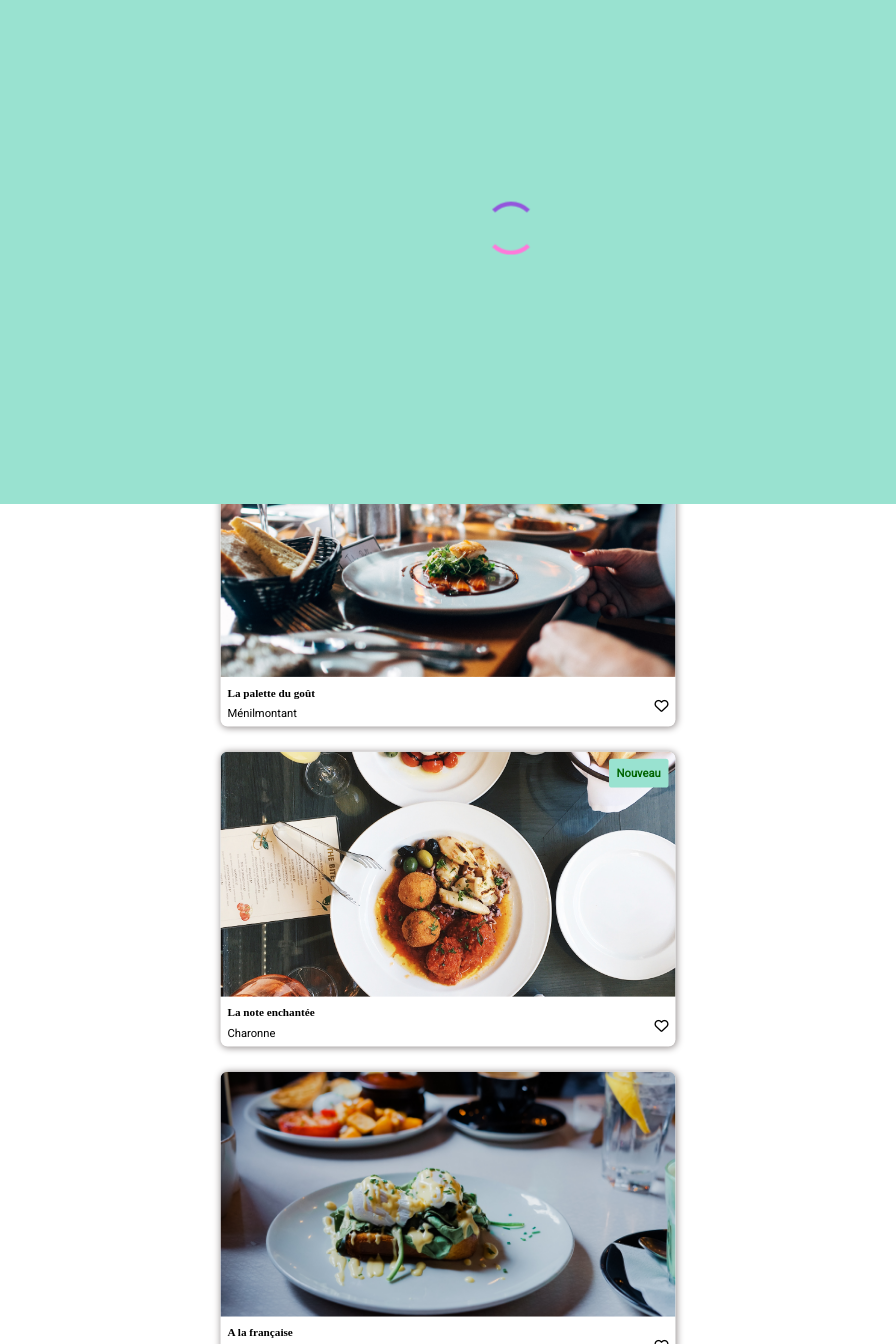
Repository: Micka-17/boimickael_3_16042021
Page: index.html
An editor plug-in stored every save of this project. The page is shown before and after the next save, followed by the edit.
The browser window is 1280 px wide. The pictures show the part of the page from y = 0 to 1920 px (the page is 2618 px tall), at 70% of full size.
Some web fonts or font styles are not loaded; a fallback is used. Some web libraries are served in a nearby version. The style sheet was rebuilt from its Sass, Less or Tailwind sources for each picture, by a compiler version that may differ from the author's.

Above is the page before, as saved 2021-05-26 10:44:43.

### index.html
<!DOCTYPE html>
<html lang="en">
  <head>
    <meta charset="UTF-8" />
    <meta http-equiv="X-UA-Compatible" content="IE=edge" />
    <meta name="viewport" content="width=device-width, initial-scale=1.0" />
    <link rel="stylesheet" href="css/style.css" />
    <script
      src="https://kit.fontawesome.com/7f2b024bdc.js"
      crossorigin="anonymous"
    ></script>
    <title>OhMyFood</title>
  </head>
  <body>
    <div id="backgroundloader">
      <div id="loader"></div>
    </div>
    <header>
      <div id="logo">
        <img src="images/logo/ohmyfood@2x.svg" alt="OhMyFood" />
      </div>
    </header>
    <section id="sec-1">
      <div id="top">
        <div id="paris">
          <p><i class="fas fa-map-marker-alt icon"></i> Paris, Belleville</p>
        </div>
        <div id="reservation">
          <h2 id="center-top1">Réservez le menu qui vous convient</h2>
          <p id="center-top2">
            Découvrez des restaurants d'exception, séléctionnés par nos soins.
          </p>
          <a id="btn" href="#sec-3">Explorer nos restaurants</a>
        </div>
      </div>
    </section>
    <section id="sec-2">
      <div class="fonctionnement">
        <h3 class="h3s">Fonctionnement</h3>
        <ul class="bolder">
          <li>
            <i class="fas fa-mobile-alt icon-top"></i> Choisissez un restaurant
            <p id="number1">1</p>
          </li>
          <li>
            <i class="fas fa-list-ul icon-top"></i> Composez votre menu
            <p id="number2">2</p>
          </li>
          <li id="li-3">
            <i class="fas fa-store icon-top-purple"></i> Dégustez au restaurant
            <p id="number3">3</p>
          </li>
        </ul>
      </div>
    </section>
    <section id="sec-3">
      <h3 class="h3s">Restaurants</h3>
      <div class="choice">
        <a href="pages/la_palette_du_gout.html">
          <div class="card">
            <p class="nouveau">Nouveau</p>
            <img
              id="new"
              class="imga"
              src="images/restaurants/la_palette_du_gout.jpg"
              alt="la_palette_du_gout"
            />
            <div class="resto">
              <div>
                <h4>La palette du goût</h4>
                <p class="space">Ménilmontant</p>
              </div>
              <div class="loveclcik">
                <i class="far fa-heart love fa-lg"></i>
                <i class="fas fa-heart loves3"></i>
              </div>
            </div>
          </div>
        </a>
        <a href="pages/la_note_enchantee.html">
          <div class="card">
            <p class="nouveau">Nouveau</p>
            <img
              class="imga"
              src="images/restaurants/la_note_enchantee.jpg"
              alt="la_note_enchantee"
            />
            <div class="resto">
              <div>
                <h4>La note enchantée</h4>
                <p class="space">Charonne</p>
              </div>
              <div class="loveclcik">
                <i class="far fa-heart love fa-lg"></i>
                <i class="fas fa-heart loves3"></i>
              </div>
            </div>
          </div>
        </a>
        <a href="pages/a_la_francaise.html">
          <div class="card">
            <img
              class="imga"
              src="images/restaurants/a_la_française.jpg"
              alt="a_la_française"
            />
            <div class="resto">
              <div>
                <h4>A la française</h4>
                <p class="space">Cité Rouge</p>
              </div>
              <div class="loveclcik">
                <i class="far fa-heart love fa-lg"></i>
                <i class="fas fa-heart loves3"></i>
              </div>
            </div>
          </div>
        </a>
        <a href="pages/le_delice_des_sens.html">
          <div class="card">
            <img
              class="imga"
              src="images/restaurants/le_delice_des_sens.jpg"
              alt="le_delice_des_sens"
            />
            <div class="resto">
              <div>
                <h4>Le delice des sens</h4>
                <p class="space">Folie-Méricourt</p>
              </div>
              <div class="loveclcik">
                <i class="far fa-heart love fa-lg"></i>
                <i class="fas fa-heart loves3"></i>
              </div>
            </div>
          </div>
        </a>
      </div>
    </section>
    <section class="end">
      <footer>
        <div>
          <h3 id="logo-white">ohmyfood</h3>
          <div class="end-ul">
            <p>
              <i class="fas fa-utensils icon-footer"></i> Proposer un restaurant
            </p>
            <p>
              <i class="fas fa-hands-helping icon-footer"></i> Devenir
              partenaire
            </p>
            <p>Mentions légales</p>
            <a id="contact" href="mailto:contact@ohmyfood.com"
              ><p>Contact</p></a
            >
          </div>
        </div>
      </footer>
    </section>
  </body>
</html>

### sass/style.scss
@import "./directories/Utils/variables-mixin";
@import "./directories/Base/main.scss";



ul {
    font-family: 'Roboto', sans-serif;
    font-size: 0.9em;
    @media (min-width: 430px) {
        max-width: 450px;
    }
        @media (min-width: 1000px) {
            display: flex;
            min-width: 100%;
            justify-content: space-evenly;
        }
}

#backgroundloader {
    position: absolute;
    top: 0;
    left: 0;
    background-color: $color3;
    width: 100%;
    height: 100%;
    animation: loader2 33s;
    animation-fill-mode: both;
    animation-timing-function: step-end;
  }
#loader {
    position: absolute;
    height: 70px;
    top: 40%;
    right: 40%;
    width: 64px;
    height: 64px;
    border-radius: 50%;
    border: 6px solid rgb(255, 255, 255);
    border-color: $color1 transparent $color2 transparent;
    animation: dual-ring 0.8s infinite, loader 3s;
    animation-delay: 0.2s;
    animation-fill-mode: both;
  }

#contact {
    color: white;
}

.spacediv p {
    font-family: 'Roboto', sans-serif;
    text-overflow: ellipsis;
    overflow: hidden;
    white-space: nowrap;
}

#logo {
    display: flex;
    justify-content: center;
    margin-top: 20px;
    margin-bottom: 10px;
}

#paris {
    display: flex;
    justify-content: center;
    border-top: solid 3px rgba(128, 128, 128, 0.301);
    min-width: 321px;
    padding-top: 10px;
    padding-bottom: 10px;
    background-color: rgba(128, 128, 128, 0.212);
        .icon {
            margin-right: 10px;
        }
}

#reservation {
    display: flex;
    justify-content: center;
    flex-direction: column;
    place-items: center;
    background-color: rgb(238, 234, 234);
    padding-bottom: 45px;
        #btn {
            @include btn();
                &:hover {
                    filter: brightness(1.50);
                    box-shadow: 0px 0px 10px 15px gray;
                }
        }
}

#center-top1 {
    text-align: center;
    margin-top: 20px;
    max-width: 350px;
}

#center-top2 {
    margin-top: 20px;
    margin-bottom: 20px;
    text-align: center;
    max-width: 350px;
}


.icon-top {
    color: gray;
    margin-right: 15px;
    margin-left: 10px;
}

.icon-top-purple {
    color: $color1;
    margin-right: 15px;
    margin-left: 10px;
}

#li-3 {
    background-color: #9256dc36;
}

li { position: relative;
    background-color: #ffffff;
    border-radius: 10px;
    padding: 18px;
    margin: 18px;
    margin-left: 25px;
    box-shadow: 1px 1px 10px 1px rgb(151, 145, 145);
    min-width: 20%;
        #number1 {
            position: absolute;
            top: 15px;
            left: -14px;
            background-color: $color1;
            border-radius: 50px;
            padding: 6px 10px;
            font-size: 0.8em;
            color: white;
        }
            #number2 {
                position: absolute;
                top: 14px;
                left: -15px;
                background-color: $color1;
                border-radius: 50px;
                padding: 6px 10px;
                font-size: 0.8em;
                color: white;
            }
                #number3 {
                    position: absolute;
                    top: 14px;
                    left: -15px;
                    background-color: $color1;
                    border-radius: 50px;
                    padding: 6px 10px;
                    font-size: 0.8em;
                    color: white;
                }
}
.space {
    margin-top: 10px;
    margin-bottom: 10px;
}
.card {
    background-color: #ffffff;
    border-radius: 10px;
    padding: 0px;
    margin: 18px;
    box-shadow: 1px 1px 10px 1px rgb(151, 145, 145);
    max-width: 100%;
}
.imga {
    object-fit: cover;
    border-radius: 10px 10px 0px 0px;
    width: 650px;
    height: 350px;
        @media (max-width:900px) {
            max-width: 100%;
        }
            @media (max-width:500px) {
                max-width: 100%;
                height: 240px;
            }
                @media (max-width:380px) {
                    height: 220px;
                }
}
.card {
    position: relative;
}
.nouveau {
    position: absolute;
    padding: 0.7rem;
    border-radius: 0.25rem;
    color: darkgreen;
    font-weight: bold;
    right: 10px;
    top: 10px;
    background-color: #99e2d0;
}

.h3s {
    margin: 40px 0px 10px 20px;

}

.choice {
    display: flex;
    flex-direction: column;
    place-items: center;
    flex-wrap: wrap;
        .resto {
            display: flex;
            justify-content: space-between;
            align-items: center;
            margin: 10px;
        }
            @media (min-width: 630px) {
                flex-wrap: wrap;
                flex-direction: row;
                justify-content: center;
            }
                @media (min-width: 1350px) {
                    display: grid;
                    grid-template-rows: 50% 50%;
                    grid-template-columns: 50% 50%;
                }
}


footer {
    margin-top: 30px;
    padding: 10px;
    background-color: rgb(54, 54, 54);
    color: white;
        #logo-white {
            font-family: 'Shrikhand', cursive;
            font-weight: 300;
            margin-bottom: 15px;
            margin-left: 20px;
            margin-top: 10px;
        }
            li {
                background-color: transparent;
                border-radius: 0;
                padding: 5px;
                margin-left: 20px;
                box-shadow: none;
                display: flex;
                margin-top: 5px;
                margin-bottom: 5px;
            }
                .icon-footer {
                    max-width: 2px;
                    max-height: 2px;
                    margin-right: 25px;
                }
                    @media (min-width:1000px) {
                        padding: 40px;
                    }
}


//pages 2

.img-top {
    min-width: 100%;
    max-height: 510px;
}

.arrow {
    position: absolute;
    left: 20px;
    top: 30px;
    color: rgba(0, 0, 0, 0.801);
}
#margtitle {
    margin-left: 15px;
    max-width: 220px;
}
img {
    object-fit: cover;
}
.titlemargall {
    margin-top: 30px;
    margin-left: 15px;
    border-bottom: solid rgba(55, 224, 55, 0.541);
    max-width: 30px;
}
#middle {
    position: absolute;
    top: 240px;
    min-width: 100%;
    min-height: 980px;
    background-color: rgb(231, 229, 229);
    border-radius: 20px 20px 0px 0;
    padding-top: 30px;
     .entrees {
        @include centre();
        @include capsule();
     }
        .bold {
            font-weight: bold;
            font-size: 1em;
        }
        .bolder {
            font-weight: bold;
            font-size: 0.6m;
                @media (min-width: 1000px) {
                    margin: 15px;
                }
        }
            p {
                font-size: 0.7em;
            }
                .loves1 {
                    position: absolute;
                    right: 15px;
                    color: gray
                }
}

.loves2 {
    display: none;
    opacity: 0;
    background: linear-gradient(0deg,#9356dc,#ff79da);
    background-clip: text;
    -webkit-background-clip: text;
    -moz-background-clip: text;
    -webkit-text-fill-color: transparent;
    position: absolute;
    right: 15px;
}
#margtitle:hover .loves2 {
    animation: fadeout;
    opacity: 1;
    animation-duration: .5s;
    display: inline-block;
    justify-content: center;
}

.loves3 {
    display: none;
    opacity: 0;
    background: linear-gradient(0deg,#9356dc,#ff79da);
    background-clip: text;
    -webkit-background-clip: text;
    -moz-background-clip: text;
    -webkit-text-fill-color: transparent;
    position: absolute;
    right: 9px;
    bottom: 18px;
}
.loveclcik:hover .loves3 {
    animation: fadeout2;
    opacity: 1;
    animation-duration: .5s;
    display: inline-block;
    justify-content: center;
    font-size: 1.5em;
}

#entrees {
    animation: slideup 1s;
    animation-duration: 1s;
}
#plats {
    animation: slideup 1s;
    animation-duration: 5s;
}
#desserts {
    animation: slideup 1s;
    animation-duration: 8s;
}


.entrees, .plats, .desserts {
    cursor: pointer;
        @media (max-width:321px) {
            width: 300px;
        }
        @media (max-width:378px) {
            max-width: 100%;
        }
        @media (max-width:414px) {
            max-width: 100%;
        }
        @media (min-width: 1000px) {
            min-height: 90px;
            width: 100%;
        }
}

.spacediv {
    width: 100%;
    overflow: hidden;
    @include spacediv();
        @media (min-width: 1000px) {
            justify-content: space-evenly;
        }
}
.plats {
    @include capsule();
    @include centre();
}
.desserts {
    @include capsule();
    @include centre();
}

.responsive {
    @media (min-width: 1000px) {
        display: flex;
        justify-content: center;
    }
}

.responsive-entrees {
    @media (min-width: 1000px) {
        display: flex;
        justify-content: center;
    }
}

#btnp2 {
    @include btn();
    margin-top: 40px;
        &:hover {
            filter: brightness(1.50);
            box-shadow: 0px 0px 10px 15px gray;
        }
         @media (min-width: 1000px) {
            margin-top: 150px;
         }
}

#placement-btn {
    display: flex;
    justify-content: center;
    place-items: center;
}

.end1 {
    position: absolute;
    top: 1151px;
    min-width: 100%;
}

.end {
    position: absolute;
    min-width: 100%;
}

.end-ul {
        @media (min-width: 430px) {
        max-width: 450px;
    }
        @media (min-width: 1000px) {
            display: flex;
            min-width: 100%;
            flex-direction: row;
            justify-content: space-evenly;
        }
}

.end-ul p {
    margin: 8px;
    margin-left: 20px;
}

//page la note enchantee

 .align-price{
    display: flex;
    align-items: flex-end;
    margin-bottom: 8px;
    margin-right: 8px;
}

.check {
    width: 0px;
    transition-duration: 1s;
    font-size: 1.5em;
     & i {
        display: none;
        place-items: center;
        color: white;
     }
}

.entrees:hover .check {
    width: 90px;
    height: 51px;
    background-color: $color3;
    display: flex;
    justify-content: center;
    border-radius: 0 20% 20% 0;
        @media (max-width: 1000px) {
            width: 65px;
        }
            & .rotation {
                display: flex;
                place-items: center;
            }
                & .rond {
                    display: flex;
                    place-items: center;
                    transform-origin: center;
                    animation: spin;
                    animation-duration: 1s;
                }
                    @media (min-width: 1000px) {
                        height: 90px;
                        border-radius: 0 10% 10% 0;
                    }
}


.plats:hover .check {
    width: 90px;
    height: 51px;
    background-color: $color3;
    display: flex;
    justify-content: center;
    border-radius: 0 20% 20% 0;
        @media (max-width: 1000px) {
            width: 65px;
        }
            & .rotation {
                display: flex;
                place-items: center;
            }
                & .rond {
                    display: flex;
                    place-items: center;
                    transform-origin: center;
                    animation: spin;
                    animation-duration: 1s;
                }
                    @media (min-width: 1000px) {
                        height: 90px;
                        border-radius: 0 10% 10% 0;
                    }
}

.desserts:hover .check {
    width: 90px;
    height: 51px;
    background-color: $color3;
    display: flex;
    justify-content: center;
    border-radius: 0 20% 20% 0;
        @media (max-width: 1000px) {
            width: 65px;
        }
            & .rotation {
                display: flex;
                place-items: center;
            }
                & .rond {
                    display: flex;
                    place-items: center;
                    transform-origin: center;
                    animation: spin;
                    animation-duration: 1s;
                }
                    @media (min-width: 1000px) {
                        height: 90px;
                        border-radius: 0 10% 10% 0;
                    }
}

### sass/directories/Base/main.scss
@import url('https://fonts.googleapis.com/css2?family=Roboto&family=Shrikhand&display=swap');

* {
    margin: 0;
    padding: 0;
    text-decoration: none;
    list-style-type: none;
}
#margtitle {
    font-family: Shrikhand;
    font-weight: 100;
    font-size: 1.2em;
}
p {
    font-family: 'Roboto', sans-serif;
}
a {
    text-decoration: none;
    list-style: none;
    color: rgb(0, 0, 0);
}

Loaded but not shown: sass/directories/Utils/_variables-mixin.scss (128 lines, source omitted)

After the next save:
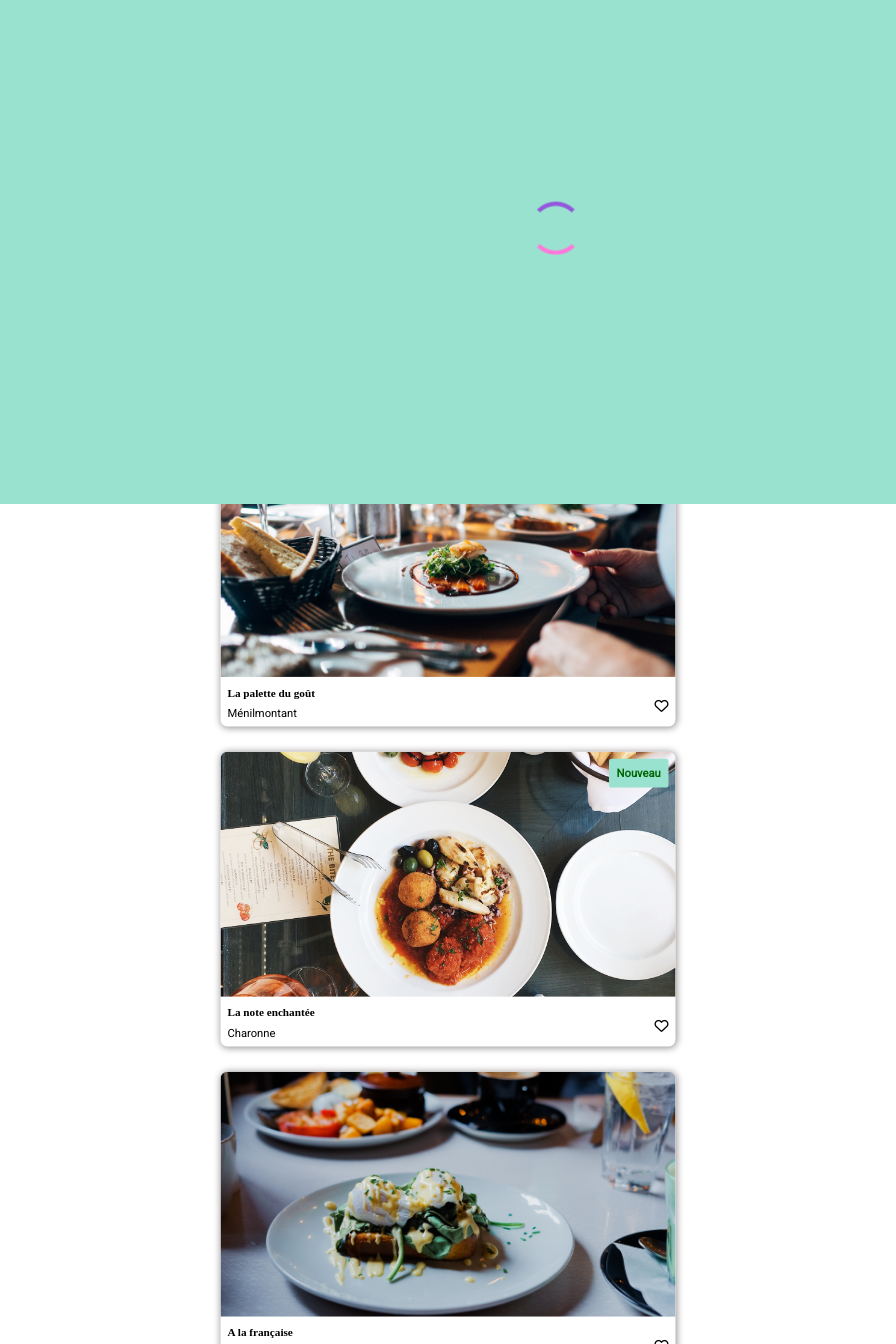
Saved 7 s later.
--- a/sass/style.scss
+++ b/sass/style.scss
@@ -31,7 +31,7 @@
     position: absolute;
     height: 70px;
     top: 40%;
-    right: 40%;
+    right: 35%;
     width: 64px;
     height: 64px;
     border-radius: 50%;

After the save that followed:
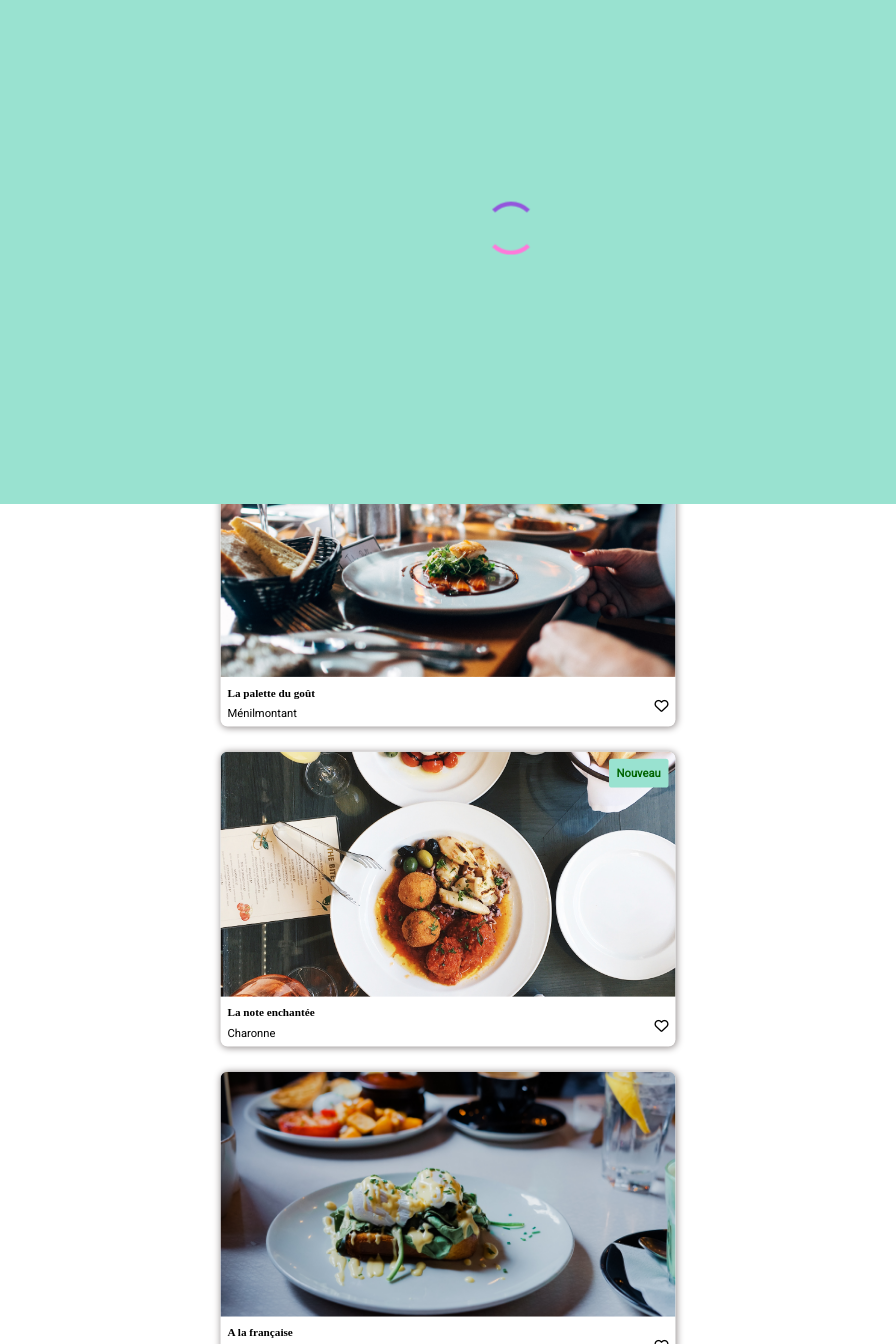
Saved 20 s later.
--- a/sass/style.scss
+++ b/sass/style.scss
@@ -31,7 +31,7 @@
     position: absolute;
     height: 70px;
     top: 40%;
-    right: 35%;
+    right: 40%;
     width: 64px;
     height: 64px;
     border-radius: 50%;
